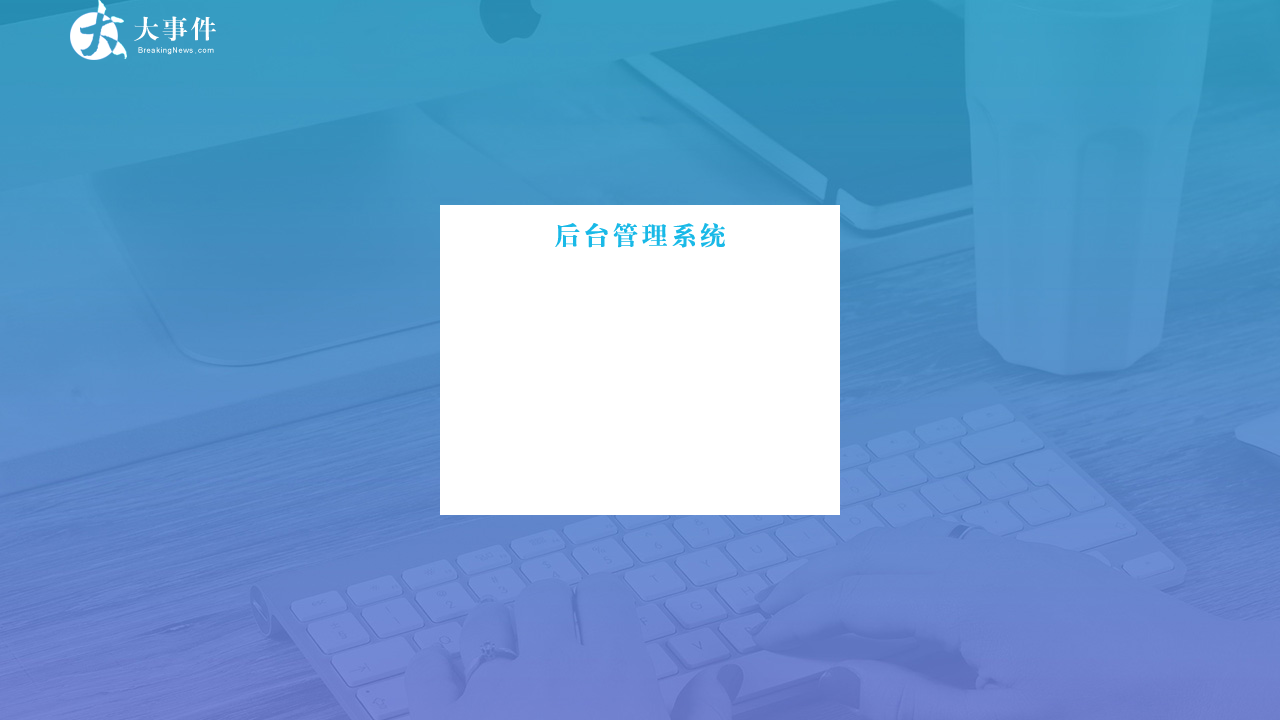
Repository: R1Deemo/Main-project
Page: login.html
An editor plug-in stored every save of this project. The page is shown before and after the next save, followed by the edit.
The browser window is 1280 px wide. The pictures show the whole page.

Above is the page before, as saved 2022-10-28 19:06:11.

### login.html
<!DOCTYPE html>
<html lang="en">

<head>
    <meta charset="UTF-8">
    <meta http-equiv="X-UA-Compatible" content="IE=edge">
    <meta name="viewport" content="width=device-width, initial-scale=1.0">
    <title>大事件-登录/注册</title>
    <link rel="stylesheet" href="/assets/css/login.css" />
    <link rel="stylesheet" href="/assets/lib/layui/css/layui.css" />
</head>

<body>
    <!-- 头部logo -->
    <div class="layui-main">
        <img src="/assets/images/logo.png" alt="" />
    </div>
    <!-- 登录注册 -->
    <div class="loginAndRegBox">
        <div class="title-box"></div>

    </div>

</body>

</html>

### assets/css/login.css
html,
body {
    margin: 0;
    padding: 0;
    height: 100%;
    width: 100%;
    /* background-color: red; */
    background: url('/assets/images/login_bg.jpg') no-repeat center;
    background-size: cover;
}

.loginAndRegBox {
    width: 400px;
    height: 310px;
    background-color: #FFF;
    position: absolute;
    left: 50%;
    top: 50%;
    transform: translate(-50%, -50%);
}

.title-box {
    height: 60px;
    background: url('/assets/images/login_title.png')no-repeat center;
}

Loaded but not shown: assets/lib/layui/css/layui.css (library)

After the next save:
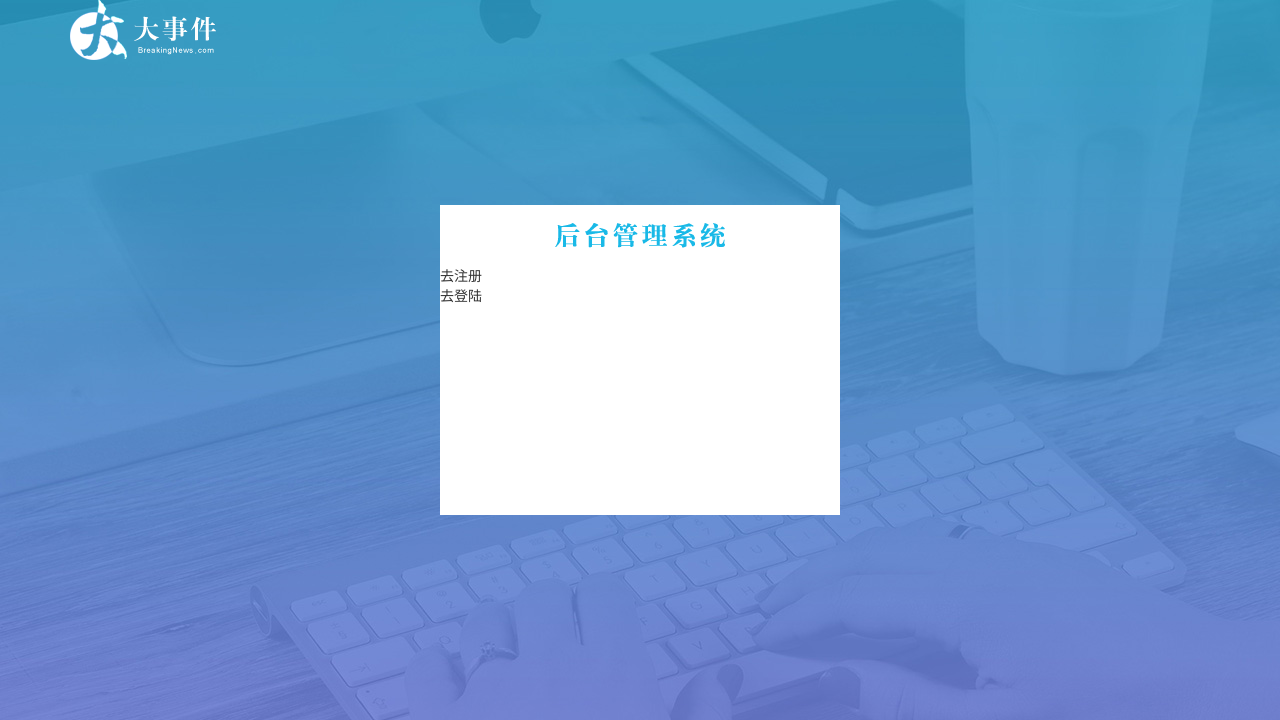
Saved 12 min 42 s later.
--- a/login.html
+++ b/login.html
@@ -18,6 +18,12 @@
     <!-- 登录注册 -->
     <div class="loginAndRegBox">
         <div class="title-box"></div>
+        <!-- 登录 -->
+        <div class="login-box">
+            <a href="javascript:;">去注册</a>
+        </div>
+        <!-- 注册 -->
+        <div class="reg-box"> <a href="javascript:;">去登陆</a> </div>
 
     </div>
 
